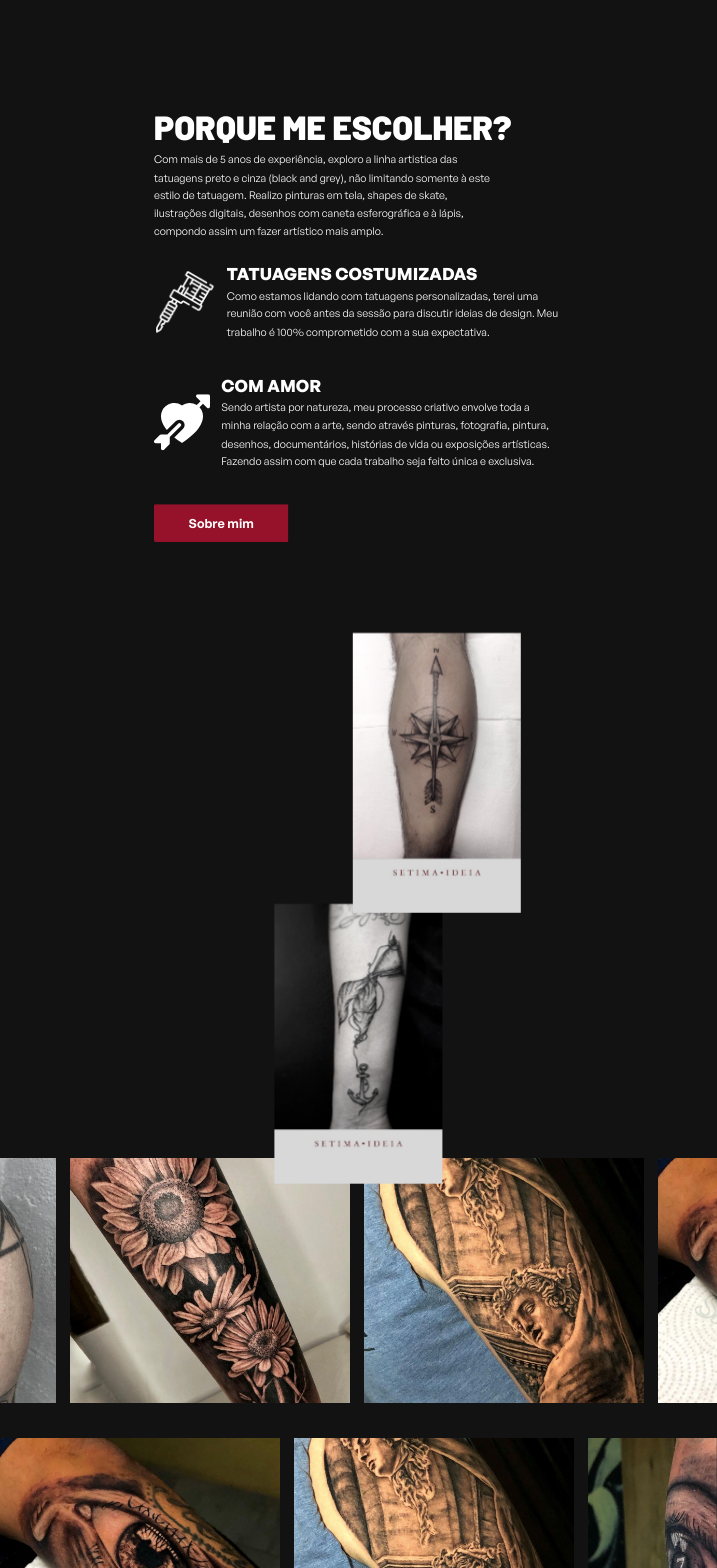
Repository: Leoka2000/S-tima-Ideia
Page: /
An editor plug-in stored every save of this project. The page is shown before and after the next save, followed by the edit.
The browser window is 1024 px wide. The pictures show the part of the page from y = 865 to 3105 px (the page is 8930 px tall), at 70% of full size.
Backgrounds fixed to the window are drawn as part of the page. The project was rebuilt for these pictures with package versions that can differ from the ones it lists, and the page was loaded fresh each time. Some packages were replaced by stand-ins written for this rebuild. Also part of the build but not shown: src/pages/main/instagram/instagram.css, src/pages/main/instagram/instagram.jsx, src/App.css, src/pages/portfolio/portfolio.css, src/data/database-common.js, src/pages/portfolio/loop-content.jsx, src/pages/portfolio/portfolio.jsx, src/pages/portfolio/index.jsx and 2 more. Imported but missing from the stored project, and not drawn on this page: src/assets/videos/cauan-video.mp4.

Above is the page before, as saved 2023-05-22 21:09:25.

After the next save:
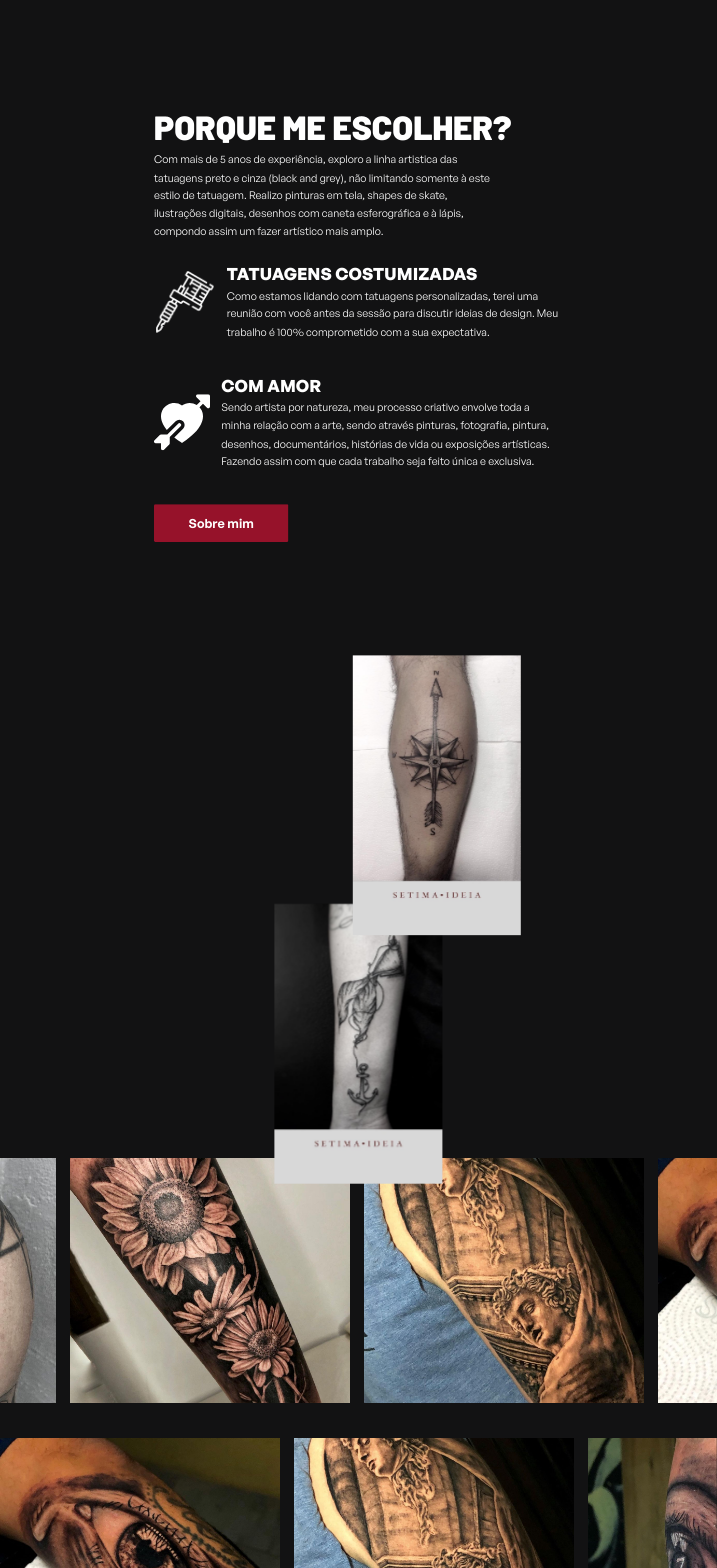
Saved 14 s later.
--- a/src/pages/main/about/about.css
+++ b/src/pages/main/about/about.css
@@ -181,7 +181,7 @@ color: #fff;
         background-image: url("../../../assets/images/about-img.jpg");
         z-index: 5;
         position: absolute;
-      top:4rem;
+      top:6rem;
       height: 25rem;
       left: 12rem;
       width: 15rem;
